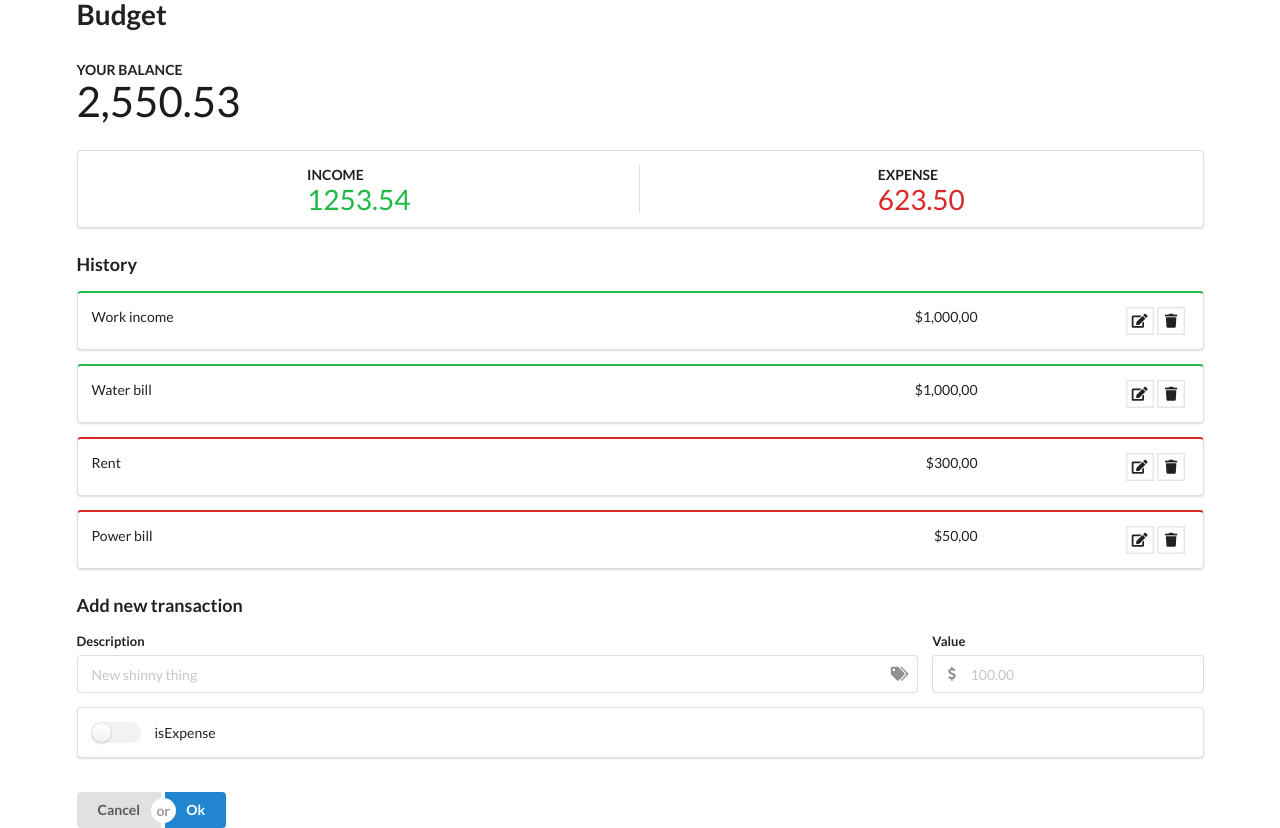
Repository: khuetn/budget-react
Page: /
These files come from the project's save history. The page is drawn as it stood at one moment and after the next save; the edit follows.
The browser window is 1280 px wide. The pictures show the whole page.
The project was rebuilt for these pictures with package versions that can differ from the ones it lists, and the page was loaded fresh each time. Also part of the build but not shown: src/App.css.

Above is the page before, as saved 2021-07-19 21:34:01.

### src/App.js
import { useState } from "react";
import { Container } from "semantic-ui-react";
import "./App.css";
import DisplayBalance from "./components/DisplayBalance";
import DisplayBalances from "./components/DisplayBalances";
import EntryLine from "./components/EntryLine";
import EntryLines from "./components/EntryLines";
import MainHeader from "./components/MainHeader";
import NewEntryForm from "./components/NewEntryForm";

function App() {
  const [entries, setEntries] = useState(initialEntries);

  function deleteEntry(id) {
    const result = entries.filter((entry) => entry.id !== id);
    setEntries(result);
  }

  function addEntry(description, value) {
    const result = entries.concat({
      id: entries.length + 1,
      description,
      value,
    });
    console.log("result", result);
    console.log("entries", entries);
    setEntries(result);
  }
  return (
    <Container>
      <MainHeader title="Budget" />

      <DisplayBalance title="Your Balance" value="2,550.53" size="small" />
      <DisplayBalances />

      <MainHeader title="History" type="h3" />
      <EntryLines entries={entries} deleteEntry={deleteEntry} />

      <MainHeader title="Add new transaction" type="h3" />
      <NewEntryForm addEntry={addEntry} />
    </Container>
  );
}

export default App;

var initialEntries = [
  {
    id: 1,
    description: "Work income",
    value: "$1,000,00",
    isExpense: false,
  },
  {
    id: 2,
    description: "Water bill",
    value: "$1,000,00",
    isExpense: false,
  },

  {
    id: 3,
    description: "Rent",
    value: "$300,00",
    isExpense: true,
  },
  {
    id: 4,
    description: "Power bill",
    value: "$50,00",
    isExpense: true,
  },
];

### src/components/DisplayBalance.js
import React from "react";
import { Statistic } from "semantic-ui-react";

function DisplayBalance({ title, value, color = "black", size = "tiny" }) {
  return (
    <Statistic size={size} color={color}>
      <Statistic.Label style={{ textAlign: "left" }}>{title}</Statistic.Label>
      <Statistic.Value>{value}</Statistic.Value>
    </Statistic>
  );
}

export default DisplayBalance;

### src/components/DisplayBalances.js
import React from "react";
import { Grid, Segment } from "semantic-ui-react";
import DisplayBalance from "./DisplayBalance";

function DisplayBalances() {
  return (
    <Segment textAlign="center">
      <Grid columns={2} divided>
        <Grid.Row>
          <Grid.Column>
            <DisplayBalance title="income" value="1253.54" color="green" />
          </Grid.Column>
          <Grid.Column>
            <DisplayBalance title="expense" value="623.50" color="red" />
          </Grid.Column>
        </Grid.Row>
      </Grid>
    </Segment>
  );
}

export default DisplayBalances;

### src/components/EntryLine.js
import React from "react";
import { Grid, Icon, Segment } from "semantic-ui-react";

function EntryLine({ id, description, value, isExpense = false, deleteEntry }) {
  return (
    <Segment color={isExpense ? "red" : "green"}>
      <Grid columns={3} textAlign="right">
        <Grid.Row>
          <Grid.Column width={10} textAlign="left">
            {description}
          </Grid.Column>
          <Grid.Column width={3} textAlign="right">
            {value}
          </Grid.Column>
          <Grid.Column width={3}>
            <Icon name="edit" bordered />
            <Icon name="trash" bordered onClick={() => deleteEntry(id)} />
          </Grid.Column>
        </Grid.Row>
      </Grid>
    </Segment>
  );
}

export default EntryLine;

### src/components/EntryLines.js
import React from "react";
import { Container } from "semantic-ui-react";
import EntryLine from "./EntryLine";

function EntryLines({ entries, deleteEntry }) {
  return (
    <Container>
      {entries.map((entry) => (
        <EntryLine key={entry.id} {...entry} deleteEntry={deleteEntry} />
      ))}
    </Container>
  );
}

export default EntryLines;

### src/components/MainHeader.js
import React from "react";
import { Header } from "semantic-ui-react";

function Mainheader({ title, type = "h1" }) {
  return <Header as={type}>{title}</Header>;
}

export default Mainheader;

### src/components/NewEntryForm.js
import React, { useState } from "react";
import { Checkbox, Form, Segment } from "semantic-ui-react";
import ButtonSaveorCancel from "./ButtonSaveorCancel";
function NewEntryForm({ addEntry }) {
  const [description, setDescription] = useState("");
  const [value, setValue] = useState("");
  const [isExpense, setIsExpense] = useState(true);
  return (
    <Form unstackable>
      <Form.Group>
        <Form.Input
          icon="tags"
          width={12}
          label="Description"
          placeholder="New shinny thing"
          value={description}
          onChange={(event) => setDescription(event.target.value)}
        />
        <Form.Input
          icon="dollar"
          width={4}
          label="Value"
          placeholder="100.00"
          iconPosition="left"
          value={value}
          onChange={(event) => setValue(event.target.value)}
        />
      </Form.Group>
      <Segment>
        <Checkbox toggle label="isExpense" />
      </Segment>
      <ButtonSaveorCancel
        addEntry={addEntry}
        description={description}
        value={value}
      />
    </Form>
  );
}

export default NewEntryForm;

### src/components/ButtonSaveorCancel.js
import React from "react";
import { Button } from "semantic-ui-react";
function ButtonSaveorCancel({ addEntry, description, value }) {
  return (
    <Button.Group style={{ marginTop: 20 }}>
      <Button>Cancel</Button>
      <Button.Or />
      <Button primary onClick={() => addEntry(description, value)}>
        Ok
      </Button>
    </Button.Group>
  );
}

export default ButtonSaveorCancel;

Loaded but not shown: public/index.html (common file); src/index.js (common file); src/index.css (common file)

After the next save:
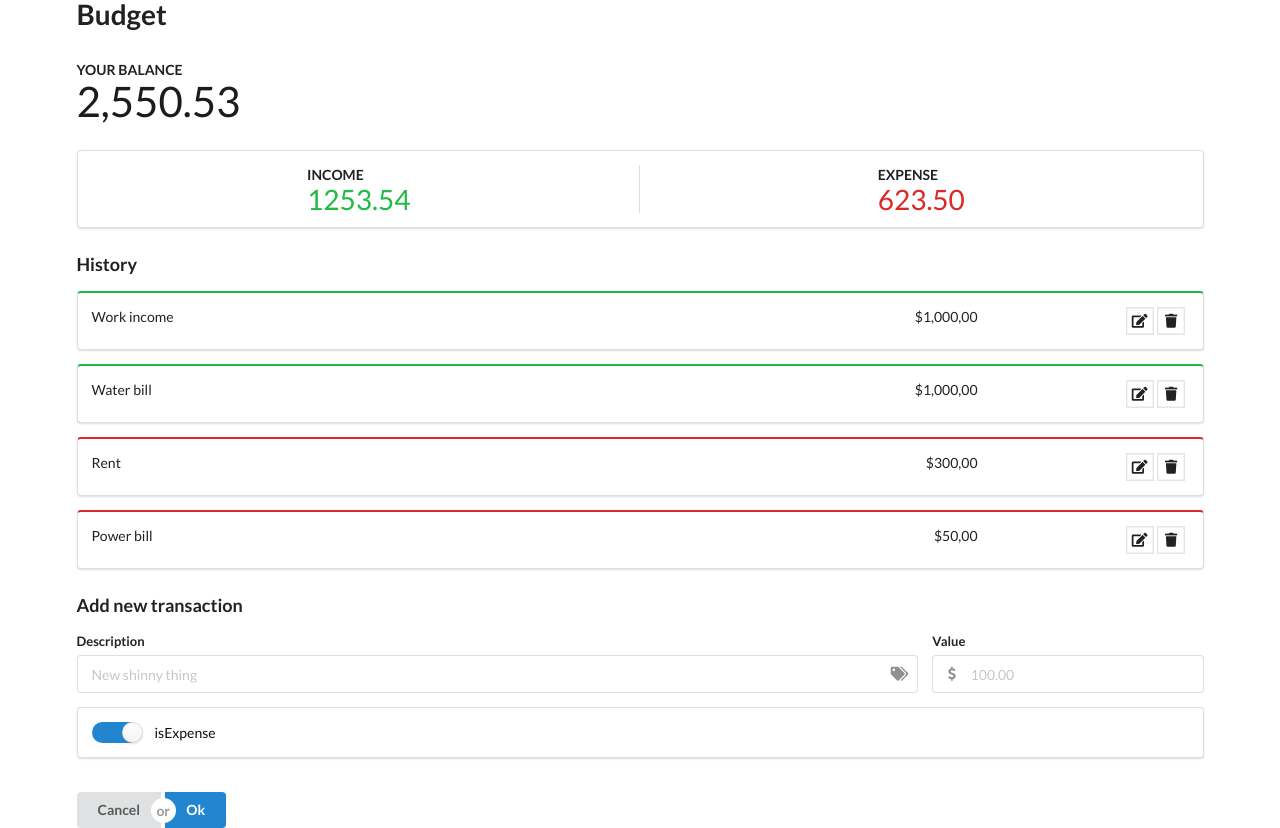
Saved 59 s later.
--- a/src/components/NewEntryForm.js
+++ b/src/components/NewEntryForm.js
@@ -27,7 +27,12 @@ function NewEntryForm({ addEntry }) {
         />
       </Form.Group>
       <Segment>
-        <Checkbox toggle label="isExpense" />
+        <Checkbox
+          toggle
+          label="isExpense"
+          checked={isExpense}
+          onChange={(oldState) => !oldState}
+        />
       </Segment>
       <ButtonSaveorCancel
         addEntry={addEntry}
